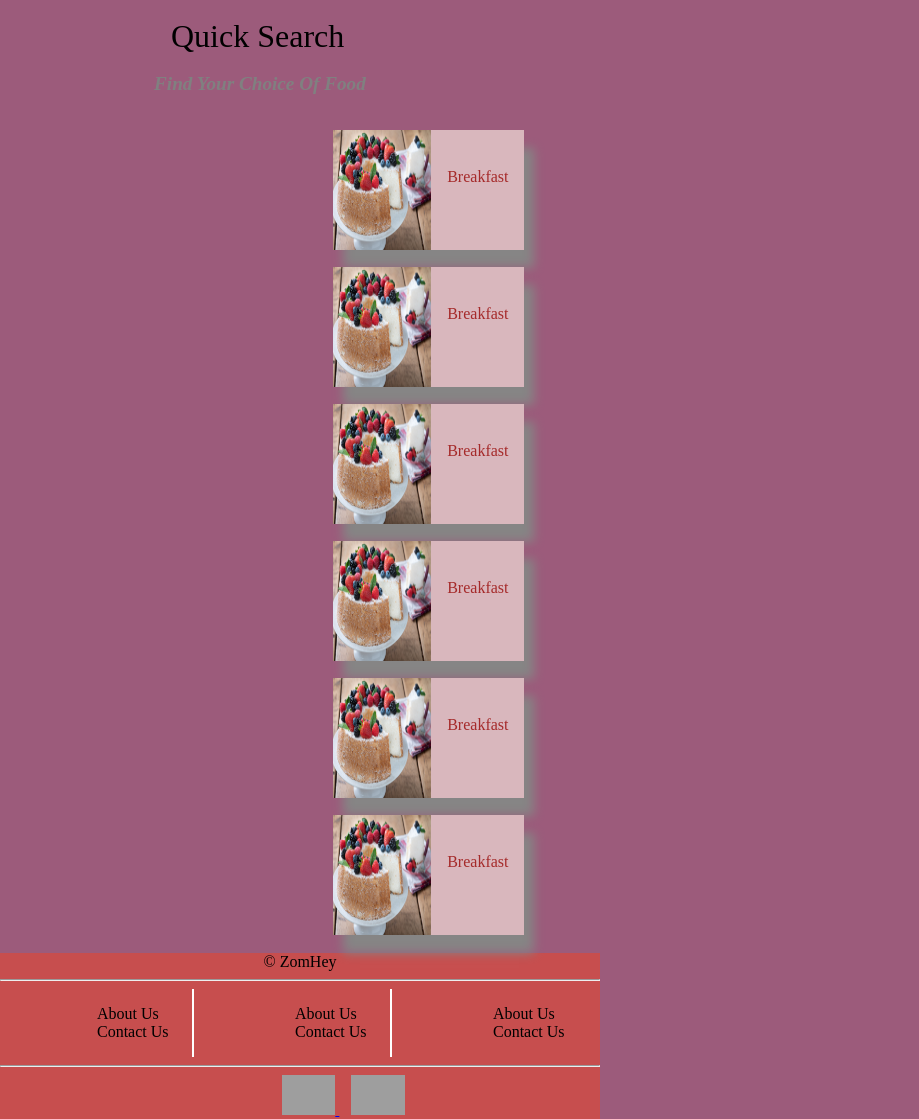
Repository: dashmeenkalra/dashmeen_kalra
Page: css,bootstrap/CSS/zom.html
The author's editor kept a copy of each file at every save. The page is drawn from the files as they stood at one save, then again after a run of saves.
The browser window is 600 px wide. The page is 919 px wide, so the pictures cover 919 px, including what lies to the right of the window. The pictures show the part of the page from y = 465 to 1584 px (the page is 1584 px tall).
Pictures or frames that could not be fetched are drawn as grey boxes.

Above is the page before, as saved 2023-03-27 09:41:24.

After the next 2 saves:
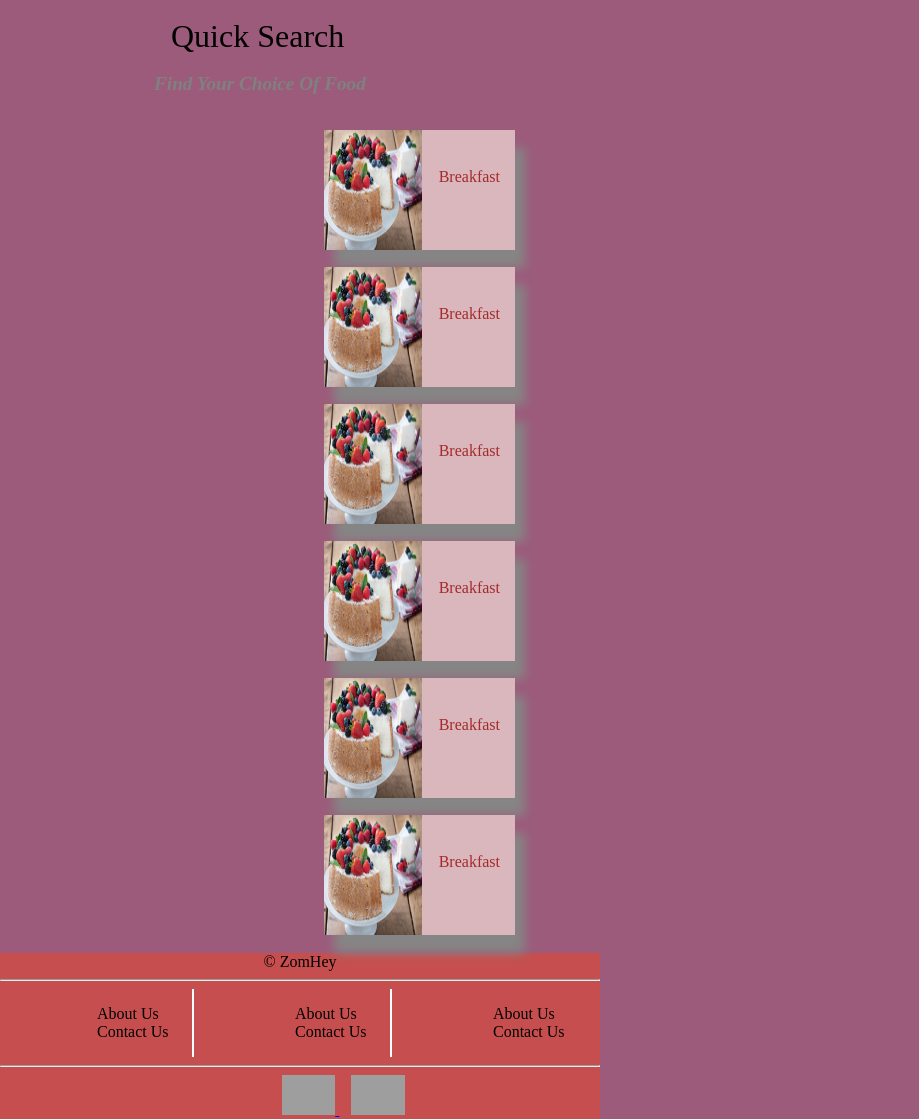
The 2 saves are shown as one change because they came seconds apart.
The last was saved 13 s later.
--- a/css,bootstrap/CSS/zom.css
+++ b/css,bootstrap/CSS/zom.css
@@ -188,6 +188,7 @@ body{
             background-color: rgb(156, 91, 123) ;
         }
     .inbox{
-        margin-left:31%;
+        margin-left:30%;
     }
+
         }
